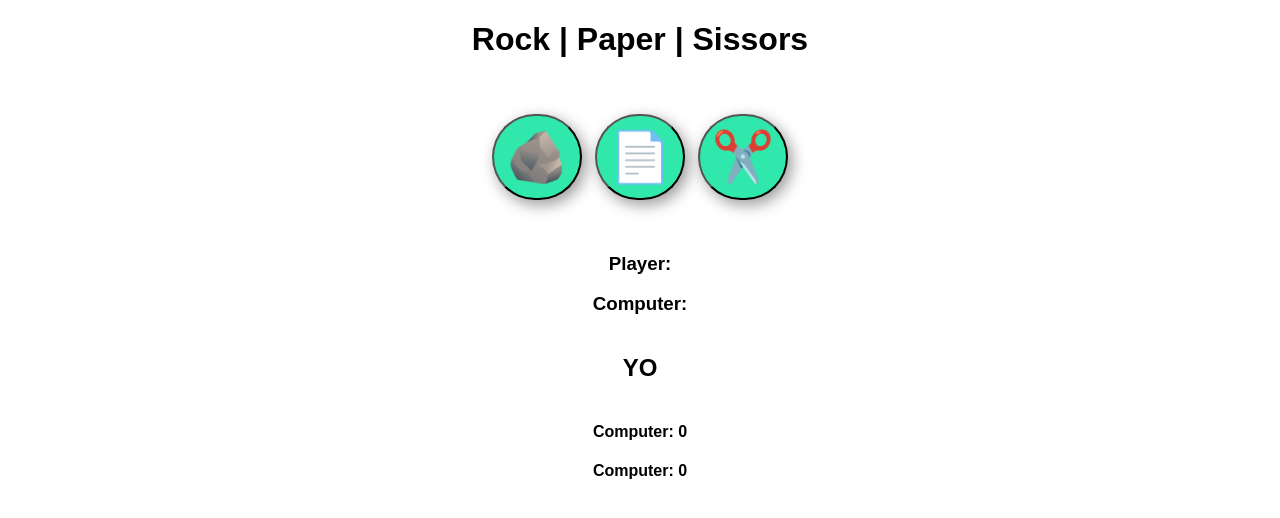
Repository: SakthivelDurai47/Rock-Paper-Sissors
Page: index.html
An editor plug-in stored every save of this project. The page is shown before and after the next save, followed by the edit.
The browser window is 1280 px wide. The pictures show the whole page.

Above is the page before, as saved 2025-04-14 22:14:09.

### index.html
<!DOCTYPE html>
<html lang="en">
  <head>
    <meta charset="UTF-8" />
    <meta name="viewport" content="width=device-width, initial-scale=1.0" />
    <title>Rock, Paper, Scissor</title>
    <meta name="aurthor" content="Sakthivel Durai S" />
    <link rel="stylesheet" href="styles.css" />
  </head>
  <body>
    <h1>Rock | Paper | Sissors</h1>
    <div id="choice">
      <button onclick="playGame('Rock')">🪨</button>
      <button onclick="playGame('Paper')">📄</button>
      <button onclick="playGame('Scissor')">✂️</button>
    </div>
    <div id="info">
      <h3>Player:</h3>
      <h3>Computer:</h3>
    </div>
    <h2 id="result">YO</h2>
    <div id="scores">
      <h4>Computer: <span id="scorePlr">0</span></h4>
      <h4>Computer: <span id="scoreCum">0</span></h4>
    </div>
    <script src="index.js"></script>
  </body>
</html>

### styles.css
body {
  margin: 0;
  font-family: Arial, sans-serif;
  display: flex;
  flex-direction: column;
  align-items: center;
  text-align: center;
}
#choice {
  margin: 30px;
}
button {
  border-radius: 300px;
  font-size: 50px;
  padding: 12px;
  margin: 4px;
  background-color: hsl(160, 80%, 55%);
  box-shadow: 4px 5px 15px rgba(0, 3, 3, 0.4);
}
button:hover {
  background-color: turquoise;
}

Loaded but not shown: index.js (no copy from this time; the picture is the same without it)

After the next save:
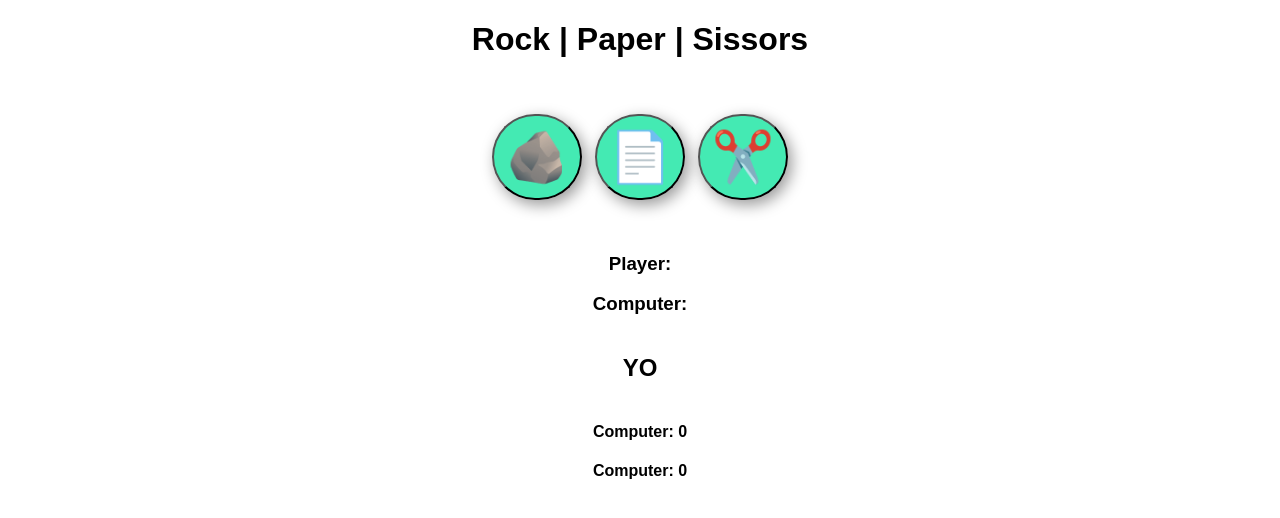
Saved 12 s later.
--- a/styles.css
+++ b/styles.css
@@ -14,7 +14,7 @@ button {
   font-size: 50px;
   padding: 12px;
   margin: 4px;
-  background-color: hsl(160, 80%, 55%);
+  background-color: hsla(160, 80%, 55%, 0.9);
   box-shadow: 4px 5px 15px rgba(0, 3, 3, 0.4);
 }
 button:hover {
